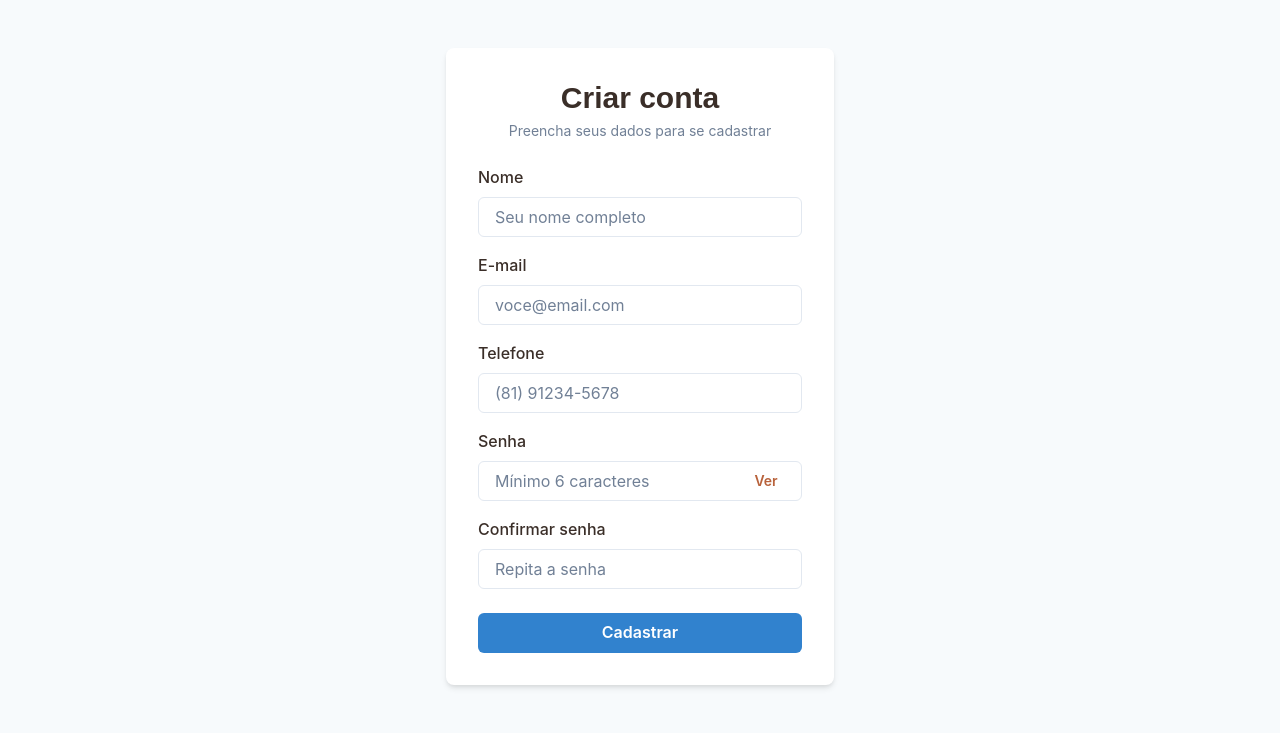
Repository: LuizMXavier/artesao
Page: /cadastro
These files come from the project's save history. The page is drawn as it stood at one moment and after the next save; the edit follows.
The browser window is 1280 px wide. The pictures show the whole page.
The project was rebuilt for these pictures with package versions that can differ from the ones it lists, and the page was loaded fresh each time. The framework's server and built-in components were replaced by stand-ins that run in the browser. Also part of the build but not shown: next.config.ts.

Above is the page before, as saved 2026-09-11 16:42:04.

### app/layout.tsx
import type { Metadata } from "next";
import "./globals.css";
import { Providers } from "../app/components/providers";

export const metadata: Metadata = {
  title: "Artesao",
};

export default function RootLayout({
  children,
}: {
  children: React.ReactNode;
}) {
  return (
    <html lang="pt-BR" suppressHydrationWarning>
      <body suppressHydrationWarning>
        <Providers>{children}</Providers>
      </body>
    </html>
  );
}

### app/cadastro/page.tsx
// app/cadastro/page.tsx
"use client";

import { useState } from "react";
import { useRouter } from "next/navigation";
import { useForm } from "react-hook-form";
import { zodResolver } from "@hookform/resolvers/zod";
import { z } from "zod";
import {
  Box,
  Container,
  Heading,
  VStack,
  FormControl,
  FormLabel,
  FormErrorMessage,
  Input,
  InputGroup,
  InputRightElement,
  Button,
  useToast,
  Text,
} from "@chakra-ui/react";

// -------------------------------------------------------------
// Schema de validação (baseado na entidade Usuario)
// -------------------------------------------------------------
const cadastroSchema = z
  .object({
    nome: z
      .string()
      .min(1, "Informe seu nome")
      .min(3, "O nome deve ter pelo menos 3 caracteres"),
    email: z
      .string()
      .min(1, "Informe seu e-mail")
      .email("E-mail inválido"),
    telefone: z
      .string()
      .min(1, "Informe seu telefone")
      .regex(/^\(?\d{2}\)?\s?\d{4,5}-?\d{4}$/, "Telefone inválido. Ex: (81) 91234-5678"),
    senha: z
      .string()
      .min(1, "Informe sua senha")
      .min(6, "A senha deve ter pelo menos 6 caracteres"),
    confirmarSenha: z.string().min(1, "Confirme sua senha"),
  })
  .refine((data) => data.senha === data.confirmarSenha, {
    message: "As senhas não coincidem",
    path: ["confirmarSenha"],
  });

type CadastroFormData = z.infer<typeof cadastroSchema>;

export default function CadastroUsuario() {
  const toast = useToast();
  const router = useRouter();
  const [mostrarSenha, setMostrarSenha] = useState(false);
  const [enviando, setEnviando] = useState(false);

  const {
    register,
    handleSubmit,
    reset,
    formState: { errors },
  } = useForm<CadastroFormData>({
    resolver: zodResolver(cadastroSchema),
  });

  const onSubmit = async (data: CadastroFormData) => {
    setEnviando(true);
    try {
      // TODO: trocar pela chamada real à API (contrato REST de Usuário)
      // await fetch("/api/usuarios", {
      //   method: "POST",
      //   headers: { "Content-Type": "application/json" },
      //   body: JSON.stringify({
      //     nome: data.nome,
      //     email: data.email,
      //     senha: data.senha,
      //     telefone: data.telefone,
      //   }),
      // });

      await new Promise((resolve) => setTimeout(resolve, 800)); // simula chamada

      toast({
        title: "Usuário cadastrado com sucesso!",
        description: `Bem-vindo(a), ${data.nome}.`,
        status: "success",
        duration: 5000,
        isClosable: true,
        position: "top",
      });

      reset();

      setTimeout(()=> {
        router.push("/login");
      },1500);
    } catch (error) {
      toast({
        title: "Erro ao cadastrar usuário",
        description: "Tente novamente em instantes.",
        status: "error",
        duration: 5000,
        isClosable: true,
        position: "top",
      });
    } finally {
      setEnviando(false);
    }
  };

  return (
    <Box minH="100vh" display="flex" alignItems="center" bg="gray.50" px={4}>
      <Container maxW={{ base: "100%", sm: "420px" }} py={{ base: 8, md: 12 }}>
        <Box
          bg="white"
          borderRadius="lg"
          boxShadow="md"
          p={{ base: 6, md: 8 }}
        >
          <VStack spacing={1} mb={6} align="stretch">
            <Heading size="lg" textAlign="center">
              Criar conta
            </Heading>
            <Text fontSize="sm" color="gray.500" textAlign="center">
              Preencha seus dados para se cadastrar
            </Text>
          </VStack>

          <form onSubmit={handleSubmit(onSubmit)} noValidate>
            <VStack spacing={4} align="stretch">
              <FormControl isInvalid={!!errors.nome}>
                <FormLabel>Nome</FormLabel>
                <Input
                  placeholder="Seu nome completo"
                  {...register("nome")}
                />
                <FormErrorMessage>{errors.nome?.message}</FormErrorMessage>
              </FormControl>

              <FormControl isInvalid={!!errors.email}>
                <FormLabel>E-mail</FormLabel>
                <Input
                  type="email"
                  placeholder="voce@email.com"
                  {...register("email")}
                />
                <FormErrorMessage>{errors.email?.message}</FormErrorMessage>
              </FormControl>

              <FormControl isInvalid={!!errors.telefone}>
                <FormLabel>Telefone</FormLabel>
                <Input
                  placeholder="(81) 91234-5678"
                  {...register("telefone")}
                />
                <FormErrorMessage>{errors.telefone?.message}</FormErrorMessage>
              </FormControl>

              <FormControl isInvalid={!!errors.senha}>
                <FormLabel>Senha</FormLabel>
                <InputGroup>
                  <Input
                    type={mostrarSenha ? "text" : "password"}
                    placeholder="Mínimo 6 caracteres"
                    {...register("senha")}
                  />
                  <InputRightElement width="4.5rem">
                    <Button
                      h="1.75rem"
                      size="sm"
                      variant="ghost"
                      onClick={() => setMostrarSenha((v) => !v)}
                    >
                      {mostrarSenha ? "Ocultar" : "Ver"}
                    </Button>
                  </InputRightElement>
                </InputGroup>
                <FormErrorMessage>{errors.senha?.message}</FormErrorMessage>
              </FormControl>

              <FormControl isInvalid={!!errors.confirmarSenha}>
                <FormLabel>Confirmar senha</FormLabel>
                <Input
                  type={mostrarSenha ? "text" : "password"}
                  placeholder="Repita a senha"
                  {...register("confirmarSenha")}
                />
                <FormErrorMessage>
                  {errors.confirmarSenha?.message}
                </FormErrorMessage>
              </FormControl>

              <Button
                type="submit"
                colorScheme="blue"
                width="100%"
                mt={2}
                isLoading={enviando}
                loadingText="Cadastrando..."
              >
                Cadastrar
              </Button>
            </VStack>
          </form>
        </Box>
      </Container>
    </Box>
  );
}

### app/components/providers.tsx
"use client";

import { ChakraProvider } from "@chakra-ui/react";
import theme from "../theme/index";

export function Providers({ children }: { children: React.ReactNode }) {
  return <ChakraProvider theme={theme}>{children}</ChakraProvider>;
}

### app/theme/index.ts
// src/theme/index.ts
import { extendTheme, type ThemeConfig } from "@chakra-ui/react";

const config: ThemeConfig = {
  initialColorMode: "light",
  useSystemColorMode: false,
};

const theme = extendTheme({
  config,
  colors: {
    brand: {
      50: "#FBF0E9",
      100: "#F4DAC7",
      200: "#EDC3A4",
      300: "#E5AC81",
      400: "#DE955E",
      500: "#D97B4F", // cor principal (terracota)
      600: "#B8623B",
      700: "#8B5E3C", // marrom madeira
      800: "#6B4529",
      900: "#4A2F1C",
    },
    sand: {
      50: "#FDFBF8",
      100: "#F4E9DC", // bege areia
      200: "#EADFCC",
      300: "#DFCFB5",
    },
    ink: {
      500: "#3A2E28", // marrom quase preto (texto)
    },
  },
  fonts: {
    heading: `'Poppins', sans-serif`,
    body: `'Inter', sans-serif`,
  },
  styles: {
    global: {
      body: {
        bg: "sand.50",
        color: "ink.500",
      },
    },
  },
  components: {
    Button: {
      defaultProps: {
        colorScheme: "brand",
      },
    },
  },
});

export default theme;

Loaded but not shown: app/globals.css (common file)

After the next save:
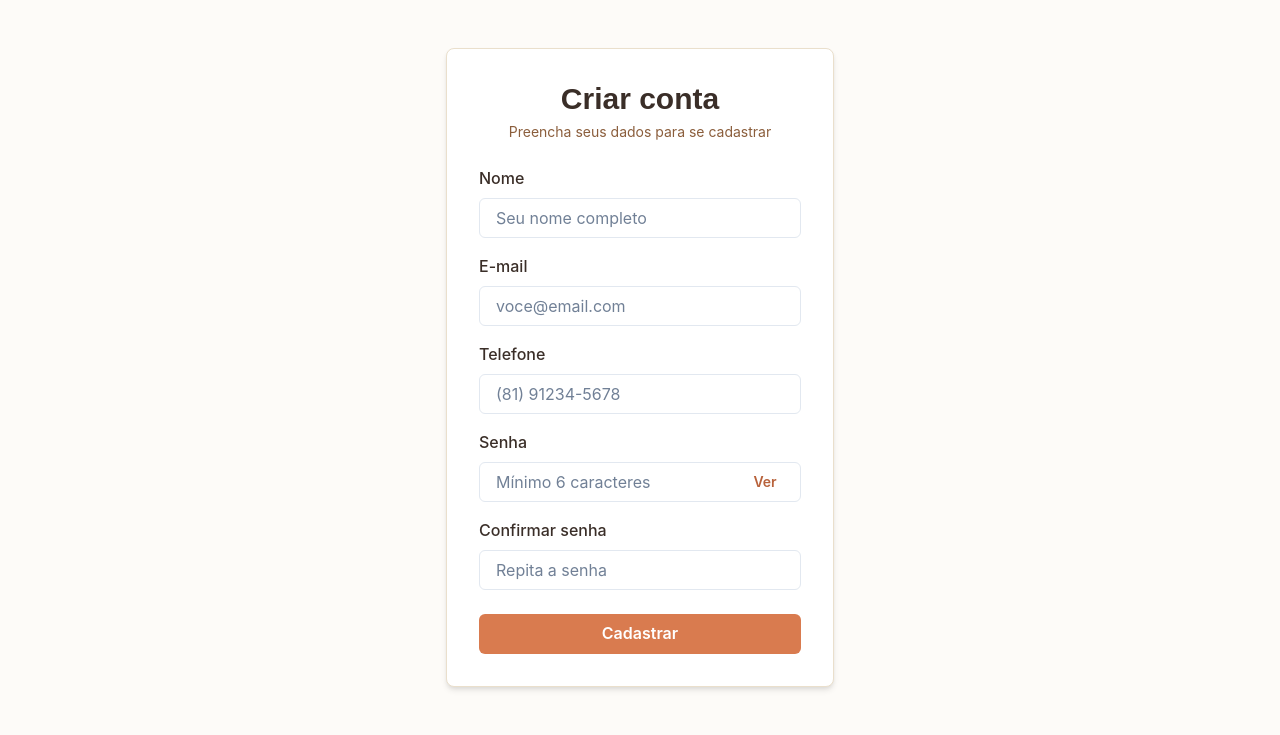
Saved 4 min 23 s later.
--- a/app/cadastro/page.tsx
+++ b/app/cadastro/page.tsx
@@ -95,9 +95,9 @@
 
       reset();
 
-      setTimeout(()=> {
+      setTimeout(() => {
         router.push("/login");
-      },1500);
+      }, 1500);
     } catch (error) {
       toast({
         title: "Erro ao cadastrar usuário",
@@ -113,19 +113,21 @@
   };
 
   return (
-    <Box minH="100vh" display="flex" alignItems="center" bg="gray.50" px={4}>
+    <Box minH="100vh" display="flex" alignItems="center" bg="sand.50" px={4}>
       <Container maxW={{ base: "100%", sm: "420px" }} py={{ base: 8, md: 12 }}>
         <Box
           bg="white"
           borderRadius="lg"
           boxShadow="md"
           p={{ base: 6, md: 8 }}
+          borderWidth="1px"
+          borderColor="sand.200"
         >
           <VStack spacing={1} mb={6} align="stretch">
-            <Heading size="lg" textAlign="center">
+            <Heading size="lg" textAlign="center" color="ink.500">
               Criar conta
             </Heading>
-            <Text fontSize="sm" color="gray.500" textAlign="center">
+            <Text fontSize="sm" color="brand.700" textAlign="center">
               Preencha seus dados para se cadastrar
             </Text>
           </VStack>
@@ -133,39 +135,43 @@
           <form onSubmit={handleSubmit(onSubmit)} noValidate>
             <VStack spacing={4} align="stretch">
               <FormControl isInvalid={!!errors.nome}>
-                <FormLabel>Nome</FormLabel>
+                <FormLabel color="ink.500">Nome</FormLabel>
                 <Input
                   placeholder="Seu nome completo"
+                  focusBorderColor="brand.500"
                   {...register("nome")}
                 />
                 <FormErrorMessage>{errors.nome?.message}</FormErrorMessage>
               </FormControl>
 
               <FormControl isInvalid={!!errors.email}>
-                <FormLabel>E-mail</FormLabel>
+                <FormLabel color="ink.500">E-mail</FormLabel>
                 <Input
                   type="email"
                   placeholder="voce@email.com"
+                  focusBorderColor="brand.500"
                   {...register("email")}
                 />
                 <FormErrorMessage>{errors.email?.message}</FormErrorMessage>
               </FormControl>
 
               <FormControl isInvalid={!!errors.telefone}>
-                <FormLabel>Telefone</FormLabel>
+                <FormLabel color="ink.500">Telefone</FormLabel>
                 <Input
                   placeholder="(81) 91234-5678"
+                  focusBorderColor="brand.500"
                   {...register("telefone")}
                 />
                 <FormErrorMessage>{errors.telefone?.message}</FormErrorMessage>
               </FormControl>
 
               <FormControl isInvalid={!!errors.senha}>
-                <FormLabel>Senha</FormLabel>
+                <FormLabel color="ink.500">Senha</FormLabel>
                 <InputGroup>
                   <Input
                     type={mostrarSenha ? "text" : "password"}
                     placeholder="Mínimo 6 caracteres"
+                    focusBorderColor="brand.500"
                     {...register("senha")}
                   />
                   <InputRightElement width="4.5rem">
@@ -173,6 +179,7 @@
                       h="1.75rem"
                       size="sm"
                       variant="ghost"
+                      color="brand.600"
                       onClick={() => setMostrarSenha((v) => !v)}
                     >
                       {mostrarSenha ? "Ocultar" : "Ver"}
@@ -183,10 +190,11 @@
               </FormControl>
 
               <FormControl isInvalid={!!errors.confirmarSenha}>
-                <FormLabel>Confirmar senha</FormLabel>
+                <FormLabel color="ink.500">Confirmar senha</FormLabel>
                 <Input
                   type={mostrarSenha ? "text" : "password"}
                   placeholder="Repita a senha"
+                  focusBorderColor="brand.500"
                   {...register("confirmarSenha")}
                 />
                 <FormErrorMessage>
@@ -196,7 +204,7 @@
 
               <Button
                 type="submit"
-                colorScheme="blue"
+                colorScheme="brand"
                 width="100%"
                 mt={2}
                 isLoading={enviando}
